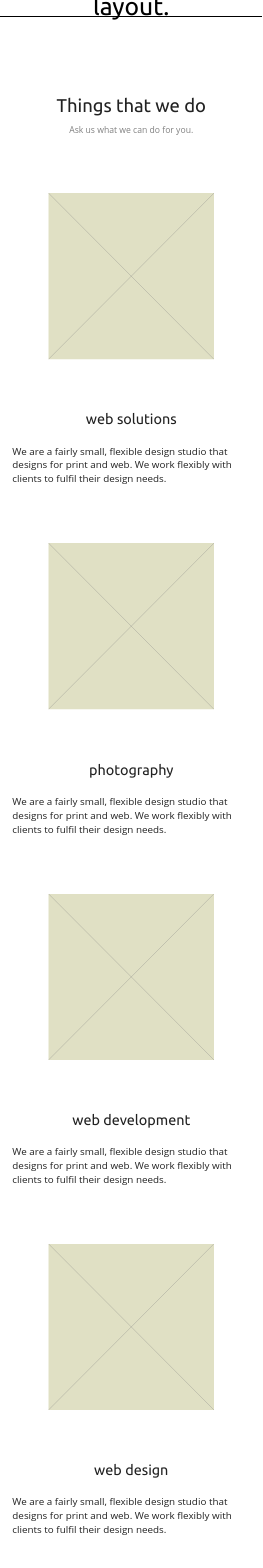
Repository: eilidhma/metrolics
Page: index.html
These files come from the project's save history. The page is drawn as it stood at one moment and after a run of saves; the edit follows.
The browser window is 375 px wide. The pictures show the part of the page from y = 341 to 2581 px (the page is 8781 px tall before and 7422 px after), at 70% of full size.

Above is the page before, as saved 2021-02-03 22:35:40.

### index.html
<!doctype html>
<html class="no-js" lang="en">

<head>
  <meta charset="utf-8">
  <title>Metrolics</title>
  <meta name="description" content="">
  <meta name="viewport" content="width=device-width, initial-scale=1">

  <meta property="og:title" content="">
  <meta property="og:type" content="">
  <meta property="og:url" content="">
  <meta property="og:image" content="">

  <link rel="manifest" href="site.webmanifest">
  <link rel="apple-touch-icon" href="icon.png">
  <link rel="preconnect" href="https://fonts.gstatic.com">
  <link href="https://fonts.googleapis.com/css2?family=Ubuntu&display=swap" rel="stylesheet">
  <link rel="stylesheet" href="css/normalize.css">
  <link rel="stylesheet" href="css/main.css">

  <meta name="theme-color" content="#fafafa">
</head>

<body class="page page-home">
  <header class="page__header">
    <div class="row m-1-2">
      <nav class="mobile-nav m-hide l-hide">
        Metrolics
      </nav>
      <div class="column">
        <img class="logo" src="img/placeholder.svg" alt="slider placeholder">
      </div>
      <nav class="column main-nav">
        <a href="#" class="main-nav__item active">home</a>
        <a href="#" class="main-nav__item">pages</a>
        <a href="#" class="main-nav__item">blog</a>
        <a href="#" class="main-nav__item">portfolio</a>
        <a href="#" class="main-nav__item">contact</a>
      </nav>
    </div>
  </header>


  <div class="page__slider s-hide">
    <div class="row">
      <div class="column">
        <img src="img/placeholder.svg" alt="slider placeholder">
      </div>
    </div>
  </div>

  <div class="page__intro">
    <div class="row">
      <h1 class="heading">
        Hey guys! This is the Metrolics theme. <br> It sports a responsive layout with a mobile layout.
      </h1>
    </div>
  </div>

  <section class="about">
    <div class="row m-col-2 l-col-4">
      <div class="column row-span">
        <h2 class="heading">
          Things that we do
        </h2>
        <p class="tagline">
          Ask us what we can do for you.
        </p>
      </div>
      <div class="column things">
        <img src="../img/placeholder.svg" alt="placeholder">
        <h3 class="heading">web solutions</h3>
        <p>
          We are a fairly small, flexible design studio that designs for print and web. We work flexibly with clients to fulfil their design needs.
        </p>
      </div>
      <div class="column things">
        <img src="../img/placeholder.svg" alt="placeholder">
        <h3 class="heading">photography</h3>
        <p>
          We are a fairly small, flexible design studio that designs for print and web. We work flexibly with clients to fulfil their design needs.
        </p>
      </div>
      <div class="column things">
        <img src="../img/placeholder.svg" alt="placeholder">
        <h3 class="heading">web development</h3>
        <p>
          We are a fairly small, flexible design studio that designs for print and web. We work flexibly with clients to fulfil their design needs.
        </p>
      </div>
      <div class="column things">
        <img src="../img/placeholder.svg" alt="placeholder">
        <h3 class="heading">web design</h3>
        <p>
          We are a fairly small, flexible design studio that designs for print and web. We work flexibly with clients to fulfil their design needs.
        </p>
      </div>
    </div>
  </section>

  <section class="projects--new">
    <div class="row m-col-2 l-col-3">
      <div class="column row-span">
        <h2 class="heading">
          What’s up lately?
        </h2>
        <p class="tagline">
            Read up on our latest work.
        </p>
      </div>
      <div class="column special-project">
        <figure class="project">
          <img src="img/placeholder.svg" alt="placeholder">
          <figcaption class="project__caption">
            <h3 class="heading">project title</h3>
          </figcaption>
        </figure>
      </div>
      <!-- proj col ends here -->
      <div class="column">
        <figure class="project">
          <img src="img/placeholder.svg" alt="placeholder">
          <figcaption class="project__caption">
            <h3 class="heading">project title</h3>
          </figcaption>
        </figure>
      </div>
      <!-- proj col ends here -->
      <div class="column">
        <figure class="project">
          <img src="img/placeholder.svg" alt="placeholder">
          <figcaption class="project__caption">
            <h3 class="heading">project title</h3>
          </figcaption>
        </figure>
      </div>
      <!-- proj col ends here -->
    </div>
  </section>
  <!-- projects-new ends here -->

  <section class="projects">
    <div class="row m-col-2 l-col-3">
      <div class="column row-span">
        <h2 class="heading">
          Our latest projects
        </h2>
        <p class="tagline">
          This is a tagline right beneath the h2 heading.
        </p>
      </div>
      <div class="column">
        <figure class="project">
          <img src="img/placeholder.svg" alt="placeholder">
          <figcaption class="project__caption">
            <h3 class="heading">project title</h3>
          </figcaption>
        </figure>
      </div>
      <!-- proj col ends here -->
      <div class="column">
        <figure class="project">
          <img src="img/placeholder.svg" alt="placeholder">
          <figcaption class="project__caption">
            <h3 class="heading">project title</h3>
          </figcaption>
        </figure>
      </div>
      <!-- proj col ends here -->
      <div class="column">
        <figure class="project">
          <img src="img/placeholder.svg" alt="placeholder">
          <figcaption class="project__caption">
            <h3 class="heading">project title</h3>
          </figcaption>
        </figure>
      </div>
      <!-- proj col ends here -->
      <div class="column">
        <figure class="project">
          <img src="img/placeholder.svg" alt="placeholder">
          <figcaption class="project__caption">
            <h3 class="heading">project title</h3>
          </figcaption>
        </figure>
      </div>
      <!-- proj col ends here -->
      <div class="column">
        <figure class="project">
          <img src="img/placeholder.svg" alt="placeholder">
          <figcaption class="project__caption">
            <h3 class="heading">project title</h3>
          </figcaption>
        </figure>
      </div>
      <!-- proj col ends here -->
      <div class="column">
        <figure class="project">
          <img src="img/placeholder.svg" alt="placeholder">
          <figcaption class="project__caption">
            <h3 class="heading">project title</h3>
          </figcaption>
        </figure>
      </div>
      <!-- proj col ends here -->
    </div>
  </section>
  <!-- projects-new ends here -->

  <section class="thingsofabove">
    <div class="row l-col-2">
      <div class="column row-span">
        <h2 class="heading">
          Thingsofabove
        </h2>
        <p class="tagline">
          Misc stuff we could not put anywhere else
        </p>
      </div>
      <div class="column">
        <p>Accordion menu here</p>
      </div>
      <div class="column">
        <p>Accordion menu here</p>
      </div>
    </div>
  </section>

  <div class="sponsors">
  <div class="row m-col-5">
    <div class="column">
        <img src="img/placeholder.svg" alt="placeholder">
    </div>
    <div class="column">
        <img src="img/placeholder.svg" alt="placeholder">
    </div>
    <div class="column">
        <img src="img/placeholder.svg" alt="placeholder">
    </div>
    <div class="column">
        <img src="img/placeholder.svg" alt="placeholder">
    </div>
    <div class="column">
        <img src="img/placeholder.svg" alt="placeholder">
    </div>
  </div>
  </div>

  <footer class="page__footer">
  <div class="row m-col-2 l-col-4 row-no-margin">
    <div class="page__footer__intro column row-span">
        <h3 class="heading inverted">
            Pewee Herman
        </h3>
        <p class="inverted">
            Peewee has over 10 years experience in the industry. He is our Creative Director, digital designer, web designer and front-end developer. He is also pretty good with a sketchbook. Before starting the company Peewee worked as a designer and studio manager
            for a design house who boasted a number of big name clients.
        </p>>

    </div>
    <div class="column about-us s-hide">
        <h4 class="inverted">About Us</h4>
        <p class="inverted">
            Minions ipsum potatoooo potatoooo uuuhhh. Chasy poulet tikka masala jiji wiiiii hahaha po kass tulaliloo potatoooo. Bee do bee do bee do chasy ti aamoo! Po kass daa bee do bee do bee do po kass wiiiii butt chasy. Pepete uuuhhh hahaha gelatooo belloo!
            Bananaaaa aaaaaah butt potatoooo hana dul sae butt. Hahaha wiiiii ti aamoo! Ti aamoo! Baboiii jeje. Hahaha gelatooo daa me want bananaaa! Underweaaar potatoooo tank yuuu! Aaaaaah potatoooo poopayee.
        </p>
    </div>
    <div class="column flickr s-hide">
        <h4 class="inverted">Flickr Photos</h4>
        <div class="sub-grid m-col-3">
            <div class="column">
                <img src="img/placeholder.svg" alt="placeholder">
            </div>
            <div class="column">
                <img src="img/placeholder.svg" alt="placeholder">
            </div>
            <div class="column">
                <img src="img/placeholder.svg" alt="placeholder">
            </div>
            <div class="column">
                <img src="img/placeholder.svg" alt="placeholder">
            </div>
            <div class="column">
                <img src="img/placeholder.svg" alt="placeholder">
            </div>
            <div class="column">
                <img src="img/placeholder.svg" alt="placeholder">
            </div>
        </div>
    </div>
    <div class="column soc-msgs">
        <h4 class="inverted">Recent Tweets</h4>
        <ul class="twts">
            <li class="twts__item inverted">
                <span class="twts__item__tag">
                    <a href="#">#minions</a> - ipsum potatoooo potatoooo uuuhhh. Chasy poulet tikka masala jiji wiiiii hahaha po kass tulaliloo
                </span>
            </li>
            <li class="twts__item inverted">
                <span class="twts__item__tag">
                    <a href="#">#minions</a> psum banana potatoooo uuuhhh. Chasy poulet tikka masala jiji wiiiii hahaha  tulaliloo potatoooo.
                </span>
            </li>
        </ul>
    </div>
    <div class="column newsletter s-hide">
        <h4 class="inverted">Newsletter</h4>
        <p class="inverted">
            Minions ipsum potatoooo potatoooo uuuhhh. Chasy poulet tikka masala jiji wiiiii hahaha po kass tulaliloo potatoooo. Bee do bee do bee do chasy ti aamoo! Po kass daa bee do bee do bee do po kass wiiiii butt chasy. Pepete uuuhhh hahaha gelatooo belloo!
            Bananaaaa aaaaaah butt potatoooo hana dul sae butt.</p>
            <input class="email" type="email" placeholder="Enter your Email...">
    </div>
  </div>
  </footer>




  <script src="js/vendor/modernizr-3.11.2.min.js"></script>
  <script src="js/plugins.js"></script>
  <script src="js/main.js"></script>

  <!-- Google Analytics: change UA-XXXXX-Y to be your site's ID. -->
  <script>
    window.ga = function () { ga.q.push(arguments) }; ga.q = []; ga.l = +new Date;
    ga('create', 'UA-XXXXX-Y', 'auto'); ga('set', 'anonymizeIp', true); ga('set', 'transport', 'beacon'); ga('send', 'pageview')
  </script>
  <script src="https://www.google-analytics.com/analytics.js" async></script>

</body>


</html>

### css/main.css
/* ==========================================================================
    [Table of contents]

    1. BASE
        1.1 Page Rendering Defaults
        1.2 User Experience Adjustments
        1.3 Core Styling
    2. LAYOUT
        2.1 Core Layout
        2.2 main nav mobile first
        2.3 Small only
        2.4 medium and up
            2.4.1 medium and up main navigation
        2.5 Medium only
        2.6 large screens and up
        2.7 Large only
        2.4 Core Article
    3. MODULES
        3.1 page-slider
        3.2 project portfolio item
    4. STATES
    5. THEME
        5.1 main nav colours & icons
    6. UTILITIES
    6. PRINT

    ========================================================================== */


/* ==========================================================================
   BASE
   ========================================================================== */


/*        1.1 Page Rendering Defaults
*/

html {
  color: #222;
  font-family: 'Open Sans', Verdana, Geneva, Tahoma, sans-serif;
  font-size: 1.1em;
  line-height: 1.4;
}


/*
* Remove text-shadow in selection highlight:
* https://twitter.com/miketaylr/status/12228805301
*
* Vendor-prefixed and regular ::selection selectors cannot be combined:
* https://stackoverflow.com/a/16982510/7133471
*
* Customize the background color to match your design.
*/

::-moz-selection {
  background: #b3d4fc;
  text-shadow: none;
}

::selection {
  background: #b3d4fc;
  text-shadow: none;
}


/*
* A better looking default horizontal rule
*/

hr {
  display: block;
  height: 1px;
  border: 0;
  border-top: 1px solid #ccc;
  margin: 1em 0;
  padding: 0;
}


/*
* Remove the gap between audio, canvas, iframes,
* images, videos and the bottom of their containers:
* https://github.com/h5bp/html5-boilerplate/issues/440
*/

audio,
canvas,
iframe,
img,
svg,
video {
  vertical-align: middle;
}


/*
* Remove default fieldset styles.
*/

fieldset {
  border: 0;
  margin: 0;
  padding: 0;
}


/*
* Allow only vertical resizing of textareas.
*/

textarea {
  resize: vertical;
}


/* 1.3 Core Styling */

img {
  width: 100%;
}

h1 {
  color: #000;
}

p {
  font-size: 0.8rem;
}


/* ==========================================================================
 LAYOUT
 ========================================================================== */


/*  2.1 Core Layout */

/* div,
section,
footer,
header { */
  /* border: 1px solid #ccc; helper style to view elements while coding */


.row {
  display: grid;
  row-gap: 1rem;
  margin: 0 1rem 3rem 1rem;
}

.row-no-margin {
  margin-bottom: 0 !important;
}

.column {
  position: relative;
  /* background-color: rgb(243, 222, 194); */
  /* margin: 1rem; */
}

.heading {
  font-family: Ubuntu, Verdana, Verdana, Geneva, Tahoma, sans-serif;
  font-weight: 400;
  text-align: center;
}

.tagline {
  margin-top: -0.8rem;
  font-size: 0.7rem;
  text-align: center;
  color: rgb(128, 128, 128);
}

.logo {
  max-height: 2.5rem;
  position: absolute;
  bottom: 0;
}

/* main nav mobile first */
.main-nav {
  display: none;
  flex-direction: column;
  align-items: center;
}

.main-nav__item {
  display: block;
  position: relative;
  width: 100%;
  padding: 1rem 1rem 1rem 100%;
  font-size: 1.3rem;
  text-decoration: none;
  text-align: left;
  color: white;
  line-height: 4rem;
  background-repeat: no-repeat;
  background-position-x: 44%;
  background-position-y: center;
  background-size: 3.1rem, 1.7rem;
}

.main-nav__item::after {
  content: ">";
  display: inline-block;
  position: absolute;
  right: 1rem;
}

.main-nav__item.active::after {
  content: "";
}
/* Small only */

@media screen and (max-width: 39.9375em) {
  .logo {
    max-height: 3rem;
    position: static;
  }

  .s-hide {
    display: none;
  }

  .s-show {
    display: flex;
  }

  .mobile-nav {
    position: absolute;
    right: 1rem;
    top: 0rem;
    z-index: 1;
    font-size: 0rem;
    padding: 1.5rem;
    background-image: url(../img/bars.svg);
    background-repeat: no-repeat;
    background-size: 1.8rem;
    background-position: center center;
    background-color: #2a6eeb;
  }

  .main-nav__item::after {
    display: inline-block;
    position: static;
    padding-left: 1rem;
  }
}


/* Medium and up */

@media screen and (min-width: 40em) {


  .row {
    width: 85vw;
    max-width: 70rem;
    column-gap: 1.5rem;
    row-gap: 1.5rem;
    margin: 0 auto 3rem auto;
  }

  .sub-grid {
    display: grid;
    column-gap: 0.5rem;
    row-gap: 0.5rem;
  }

  .m-col-2 {
    grid-template-columns: 1fr 1fr;
  }

  .m-col-3 {
    grid-template-columns: repeat(3, 1fr);
  }

  .m-col-4 {
    grid-template-columns: repeat(4, 1fr);
  }

  .m-col-5 {
    grid-template-columns: repeat(5, 1fr);
  }

  .m-1-2 {
    grid-template-columns: 1fr 2fr;
  }

  .row-span {
    grid-column-start: 1;
    grid-column-end: -1;
  }

  /* medium and up main navigation */
  .main-nav {
    display: flex;
    flex-direction: row;
  }

  .main-nav__item {
    padding: 4rem 1rem 0rem 0.5rem;
    line-height: 2rem;
    font-size: 0.8rem;
    text-align: left;
    background-color: rgb(184, 184, 184);
    background-position-x: center;
    background-position-y: center;
    background-size: 2.3rem, 1.4rem;
  }
}


/* Medium only */

@media screen and (min-width: 40em) and (max-width: 63.9375em) {
  .m-hide {
    display: none;
  }

  .special-project {
    grid-column-start: 1;
    grid-column-end: -1;
  }

  .special-project img {
    /* temp rule */
    max-height: 20rem;
  }
}


/* Large and up */

@media screen and (min-width: 64em) {
  .l-col-2 {
    grid-template-columns: 1fr 1fr;
  }

  .l-col-3 {
    grid-template-columns: repeat(3, 1fr);
  }

  .l-col-4 {
    grid-template-columns: repeat(4, 1fr);
  }

  .l-col-5 {
    grid-template-columns: repeat(5, 1fr);
  }

  .l-col-6 {
    grid-template-columns: repeat(6, 1fr);
  }

  .l-hide {
    display: none;
  }
}


/* Large only */

@media screen and (min-width: 64em) and (max-width: 74.9375em) {
}


/* ==========================================================================
MODULES
========================================================================== */


/* page-slider */

.page__slider {
  background-color: rgb(230, 230, 230);
}

.page__slider img {
  height: 25vh;
}


/* project portfolio item */
.project {
  position: relative;
  margin: 0;
}

.project__caption {
  position: absolute;
  left: 0;
  right: 0;
  bottom: 0;
  background-color: rgba(128, 128, 128, 0.5);
}


/* ==========================================================================
 STATES
 ========================================================================== */



/* ==========================================================================
 THEME
 ========================================================================== */

.page__footer {
  background-color: #222;
}

.page__footer .row {
  background-image: url(../img/bg_colorbar.png);
  background-repeat: no-repeat;
  background-position: bottom right;
  padding-bottom: 2rem;
}

.inverted {
  color: white;
}

.things img {
  width: 70%;
  padding: 15%;
}

.email {
  background-color: #de6262;
  width: 100%;
  height: 10%;
  color: #fff;
}

/* main nav colours & icons */

.main-nav__item:nth-child(1) {
  background-color: #25c389;
  background-image: url(../img/circle.svg), url(../img/house-user.svg);
}
.main-nav__item:nth-child(2) {
  background-color: #ffb901;
  background-image: url(../img/circle.svg), url(../img/network-wired.svg);
}
.main-nav__item:nth-child(3) {
  background-color: #de6262;
  background-image: url(../img/circle.svg), url(../img/bullhorn.svg);
}
.main-nav__item:nth-child(4) {
  background-color: #1691bd;
  background-image: url(../img/circle.svg), url(../img/briefcase.svg);
}
.main-nav__item:nth-child(5) {
  background-color: #166ba2;
  background-image: url(../img/circle.svg), url(../img/envelope.svg);
}

/* ==========================================================================
     UTILITIES
 ========================================================================== */


/*
* Hide visually and from screen readers
*/

.hidden,
[hidden] {
  display: none !important;
}


/*
* Hide only visually, but have it available for screen readers:
* https://snook.ca/archives/html_and_css/hiding-content-for-accessibility
*
* 1. For long content, line feeds are not interpreted as spaces and small width
*    causes content to wrap 1 word per line:
*    https://medium.com/@jessebeach/beware-smushed-off-screen-accessible-text-5952a4c2cbfe
*/

.sr-only {
  border: 0;
  clip: rect(0, 0, 0, 0);
  height: 1px;
  margin: -1px;
  overflow: hidden;
  padding: 0;
  position: absolute;
  white-space: nowrap;
  width: 1px;
  /* 1 */
}


/*
* Extends the .sr-only class to allow the element
* to be focusable when navigated to via the keyboard:
* https://www.drupal.org/node/897638
*/

.sr-only.focusable:active,
.sr-only.focusable:focus {
  clip: auto;
  height: auto;
  margin: 0;
  overflow: visible;
  position: static;
  white-space: inherit;
  width: auto;
}


/*
* Hide visually and from screen readers, but maintain layout
*/

.invisible {
  visibility: hidden;
}


/*
* Clearfix: contain floats
*
* For modern browsers
* 1. The space content is one way to avoid an Opera bug when the
*    `contenteditable` attribute is included anywhere else in the document.
*    Otherwise it causes space to appear at the top and bottom of elements
*    that receive the `clearfix` class.
* 2. The use of `table` rather than `block` is only necessary if using
*    `:before` to contain the top-margins of child elements.
*/

.clearfix::before,
.clearfix::after {
  content: " ";
  display: table;
}

.clearfix::after {
  clear: both;
}

@media print,
(-webkit-min-device-pixel-ratio: 1.25),
(min-resolution: 1.25dppx),
(min-resolution: 120dpi) {
  /* Style adjustments for high resolution devices */
}


/* ==========================================================================
 PRINT
 Inlined to avoid the additional HTTP request:
 https://www.phpied.com/delay-loading-your-print-css/
 ========================================================================== */

@media print {
  *,
  *::before,
  *::after {
      background: #fff !important;
      color: #000 !important;
      /* Black prints faster */
      box-shadow: none !important;
      text-shadow: none !important;
  }
  a,
  a:visited {
      text-decoration: underline;
  }
  a[href]::after {
      content: " (" attr(href) ")";
  }
  abbr[title]::after {
      content: " (" attr(title) ")";
  }
  /*
 * Don't show links that are fragment identifiers,
 * or use the `javascript:` pseudo protocol
 */
  a[href^="#"]::after,
  a[href^="javascript:"]::after {
      content: "";
  }
  pre {
      white-space: pre-wrap !important;
  }
  pre,
  blockquote {
      border: 1px solid #999;
      page-break-inside: avoid;
  }
  /*
 * Printing Tables:
 * https://web.archive.org/web/20180815150934/http://css-discuss.incutio.com/wiki/Printing_Tables
 */
  thead {
      display: table-header-group;
  }
  tr,
  img {
      page-break-inside: avoid;
  }
  p,
  h2,
  h3 {
      orphans: 3;
      widows: 3;
  }
  h2,
  h3 {
      page-break-after: avoid;
  }
}

### js/plugins.js
// Avoid `console` errors in browsers that lack a console.
(function() {
  var method;
  var noop = function () {};
  var methods = [
    'assert', 'clear', 'count', 'debug', 'dir', 'dirxml', 'error',
    'exception', 'group', 'groupCollapsed', 'groupEnd', 'info', 'log',
    'markTimeline', 'profile', 'profileEnd', 'table', 'time', 'timeEnd',
    'timeline', 'timelineEnd', 'timeStamp', 'trace', 'warn'
  ];
  var length = methods.length;
  var console = (window.console = window.console || {});

  while (length--) {
    method = methods[length];

    // Only stub undefined methods.
    if (!console[method]) {
      console[method] = noop;
    }
  }
}());

// Place any jQuery/helper plugins in here.

### js/main.js
document.querySelector(".mobile-nav").addEventListener("click",
  function(e) {
    const element = document.querySelector(".main-nav");
    element.classList.toggle("s-show");
    e.preventDefault();
  }, false);

Loaded but not shown: css/normalize.css (library); js/vendor/modernizr-3.11.2.min.js (library)

After the next 3 saves:
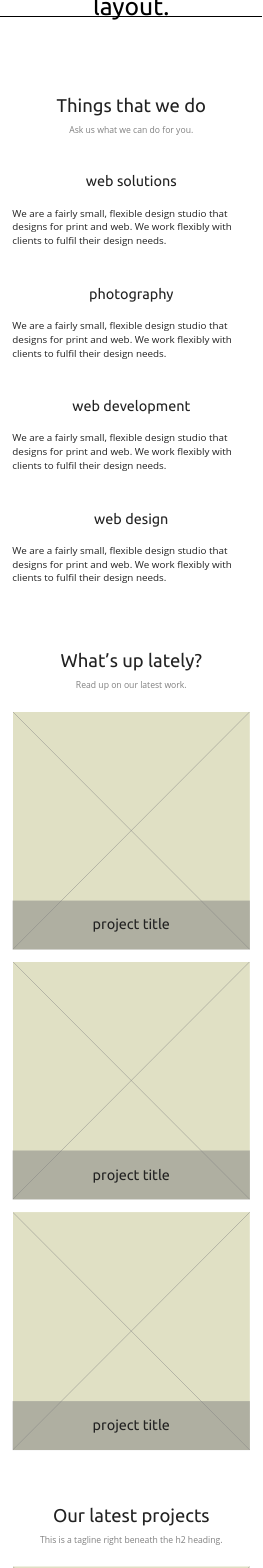
The 3 saves are shown as one change because they came seconds apart.
The last was saved 101 s later.
--- a/css/main.css
+++ b/css/main.css
@@ -219,6 +219,10 @@ header { */
     position: static;
   }
 
+  .things img {
+    display: none;
+  }
+
   .s-hide {
     display: none;
   }
